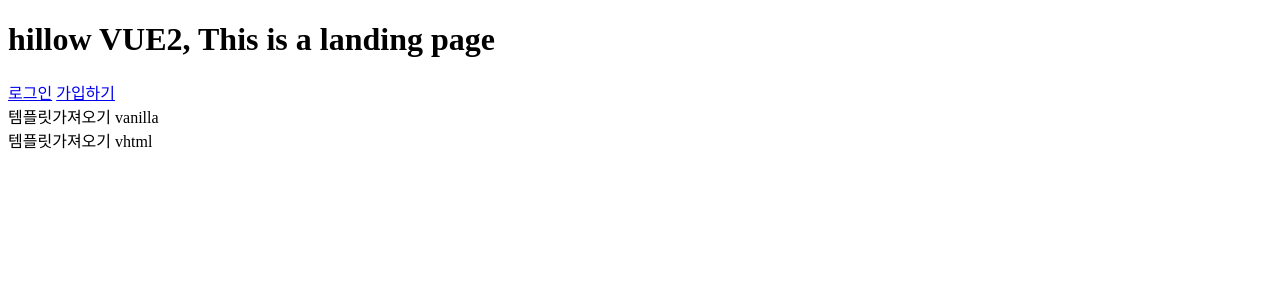
Repository: GEOkettle/SPRING_BLOG
Page: blog/src/main/resources/public/html/main/index.html
The author's editor kept a copy of each file at every save. The page is drawn from the files as they stood at one save, then again after the next save.
The browser window is 1280 px wide. The pictures show the whole page.

Above is the page before, as saved 2023-04-03 00:13:08.

### blog/src/main/resources/public/html/main/index.html
<!DOCTYPE html>
<html>

<head>
    <meta charset="utf-8" />
    <meta http-equiv="X-UA-Compatible" content="IE=edge">
    <title></title>
    <meta name="viewport" content="width=device-width, initial-scale=1.0 ,maximum-scale=1.0, minimum-scale=1.0,user-scalable=no">

    <!--서버환경이 느리거나할수있어서 임포트방식대신 뷰를 직접 다운받아쓴다.  -->
    <!-- unpkg.com cdn.jsdelivr.net 에서 다운로드  -->
    <!-- vue.min.js (압축 파일)-->
    <!-- <script src="https://cdn.jsdelivr.net/npm/vue@2.7.14"></script> -->
    <!--라이브러리 시작  -->
    <script type="text/javascript" src="/blog/assets/js/vendor/vue/vue.js"></script>
    <script type="text/javascript" src="/blog/assets/js/vendor/vue/vue.min.js"></script>
    <script type="text/javascript" src="/blog/assets/js/vendor/es6-promise.auto.min.js"></script>
    <script type="text/javascript" src="/blog/assets/js/vendor/es6-promise.min.js"></script>
    <script type="text/javascript" src="/blog/assets/js/vendor/vue/axios.js"></script>
    <script type="text/javascript" src="/blog/assets/js/vendor/vue/axios.min.js"></script>
    <script type="text/javascript" src="/blog/assets/js/axios.common.js"></script>
    <script type="text/javascript" src="/blog/assets/js/fetch.umd.js"></script>
    <script type="text/javascript" src="/blog.assets/js/vendor/jquery.min.js" crossorigin="anonymous"></script>
    <!--라이브러리 끝  -->
    <script type="text/javascript" src="/blog/assets/js/index.js"></script>


</head>

   <body>
  <div id="app">

 <h1>{{greeting}} </h1>
	<a href="./signIn.html">로그인</a>
	<a href="./signUp.html">가입하기</a>

<div onclick="getTemplate()">템플릿가져오기 vanilla</div>
<div @click="getTemplate()">템플릿가져오기 vhtml</div>
<div id="myApp"></div>

  <div v-html="templateHtml"></div>
  </div>
   </body>



<!--vue start  -->
   <script type="text/javascript">
	 var wrapVm= new Vue({
        el : '#app',
        data:{
        	greeting:"hillow VUE2, This is a landing page",
        	templateHtml: ''

        },
        methods: {
            getTemplate: function() {
        	var self = this
              var host = window.location.host;
              var domain = "http://" + host + "/blog";
              fetch(domain + "/html/template.html", {
                  method: "get",
                  headers: {
                    "Content-Type": "file/html",
                  }
                })
                .then(res => res.text())
                .then((res) => {
                  self.templateHtml = res;



                })
                .catch(err => console.log(err))
            }
          }
    });
<!--vue end-->

</script>

<script>
function getTemplate() {

	var host= window.location.host;
	var domain= "http://" +host+"/blog";
		fetch(domain+"/html/template.html",{
			method:"get",
			headers: {
			    "Content-Type": "file/html",
			  }
				})
			.then(res=>res.text())
			.then((res)=>{
				var myApp = document.getElementById('myApp')
				var newHtml = res
				//myApp.innerHTML= newHtml;


				$("#myApp").html(res)
			})
			.catch(err => console.log(err))


}
</script>

### blog/src/main/resources/public/assets/js/axios.common.js
axios.defaults.timeout = 600000;
axios.defaults.baseURL = window.location.origin;
axios.defaults.headers['Cache-Control'] = "no-cache,no-store,must-revalidate,max-age=-1,private";
/*axios.defaults.paramsSerializer = function(params) {
	if(typeof params == 'object' && _.size(params) > 0) {
		console.log('params : '+JSON.stringify(params));

		_.forEach(params, function(value, key) {
			params[key] = encodeURIComponent(value);
		});
	}

    return params;
};*/
axios.defaults.validateStatus = function (status) {
	/*
	 * 에러는 일단 모두 통과 시킨다. (화면에서 무한로딩할 수 없기때문에)
	 * 단 에러상태에 따른 로그를 남기는 처리를 하여야 함.
	 */
	/* 400 대 요청 */
	/*
	400(잘못된 요청): 서버가 요청의 구문을 인식하지 못했다.
	401(권한 없음): 이 요청은 인증이 필요하다. 서버는 로그인이 필요한 페이지에 대해 이 요청을 제공할 수 있다. 상태 코드 이름이 권한 없음(Unauthorized)으로 되어 있지만 실제 뜻은 인증 안됨(Unauthenticated)에 더 가깝다.[2]
	402(결제 필요): 이 요청은 결제가 필요합니다.
	403(Forbidden, 금지됨): 서버가 요청을 거부하고 있다. 예를 들자면, 사용자가 리소스에 대한 필요 권한을 갖고 있지 않다. (401은 인증 실패, 403은 인가 실패라고 볼 수 있음)
	404(Not Found, 찾을 수 없음): 서버가 요청한 페이지(Resource)를 찾을 수 없다. 예를 들어 서버에 존재하지 않는 페이지에 대한 요청이 있을 경우 서버는 이 코드를 제공한다.
	405(허용되지 않는 방법): 요청에 지정된 방법을 사용할 수 없다. 예를 들어 POST 방식으로 요청을 받는 서버에 GET 요청을 보내는 경우, 또는 읽기 전용 리소스에 PUT 요청을 보내는 경우에 이 코드를 제공한다.
	406(허용되지 않음): 요청한 페이지가 요청한 콘텐츠 특성으로 응답할 수 없다.
	407(프록시 인증 필요): 이 상태 코드는 401(권한 없음)과 비슷하지만 요청자가 프록시를 사용하여 인증해야 한다. 서버가 이 응답을 표시하면 요청자가 사용할 프록시를 가리키는 것이기도 한다.
	408(요청 시간초과): 서버의 요청 대기가 시간을 초과하였다.
	409(충돌): 서버가 요청을 수행하는 중에 충돌이 발생했다. 서버는 응답할 때 충돌에 대한 정보를 포함해야 한다. 서버는 PUT 요청과 충돌하는 PUT 요청에 대한 응답으로 이 코드를 요청 간 차이점 목록과 함께 표시해야 한다.
	410(사라짐): 서버는 요청한 리소스가 영구적으로 삭제되었을 때 이 응답을 표시한다. 404(찾을 수 없음) 코드와 비슷하며 이전에 있었지만 더 이상 존재하지 않는 리소스에 대해 404 대신 사용하기도 한다. 리소스가 영구적으로 이동된 경우 301을 사용하여 리소스의 새 위치를 지정해야 한다.
	411(길이 필요): 서버는 유효한 콘텐츠 길이 헤더 입력란 없이는 요청을 수락하지 않는다.
	412(사전조건 실패): 서버가 요청자가 요청 시 부과한 사전조건을 만족하지 않는다.
	413(요청 속성이 너무 큼): 요청이 너무 커서 서버가 처리할 수 없다.
	414(요청 URI가 너무 긺): 요청 URI(일반적으로 URL)가 너무 길어 서버가 처리할 수 없다.
	415(지원되지 않는 미디어 유형): 요청이 요청한 페이지에서 지원하지 않는 형식으로 되어 있다.
	416(처리할 수 없는 요청범위): 요청이 페이지에서 처리할 수 없는 범위에 해당되는 경우 서버는 이 상태 코드를 표시한다.
	417(예상 실패): 서버는 Expect 요청 헤더 입력란의 요구사항을 만족할 수 없다.
	418(I'm a teapot, RFC 2324)
	420(Enhance Your Calm, 트위터)
	422(처리할 수 없는 엔티티, WebDAV; RFC 4918)
	423(잠김,WebDAV; RFC 4918): 접근하려는 리소스가 잠겨 있다.
	424(실패된 의존성, WebDAV; RFC 4918)
	424(메쏘드 실패, WebDAV)
	425(정렬되지 않은 컬렉션, 인터넷 초안)
	426(업그레이드 필요, RFC 2817): 클라이언트는 업그레이드 헤더 필드에 주어진 프로토콜로 요청을 보내야 한다.
	428(전제조건 필요, RFC 6585)
	429(너무 많은 요청, RFC 6585): 사용자가 일정 시간 동안 너무 많은 요청을 보냈다.
	431(요청 헤더 필드가 너무 큼, RFC 6585)
	444(응답 없음, Nginx)
	449(다시 시도, 마이크로소프트)
	450(윈도 자녀 보호에 의해 차단됨, 마이크로소프트)
	451(법적인 이유로 이용 불가, 인터넷 초안)
	451(리다이렉션, 마이크로소프트)
	494(요청 헤더가 너무 큼, Nginx)
	495(Cert 오류, Nginx)
	496(Cert 없음, Nginx)
	497(HTTP to HTTPS, Nginx)
	499(클라이언트가 요청을 닫음, Nginx)
	*/

	/* 500대 요청 */
	/*
	500(내부 서버 오류): 서버에 오류가 발생하여 요청을 수행할 수 없다.
	501(구현되지 않음): 서버에 요청을 수행할 수 있는 기능이 없다. 예를 들어 서버가 요청 메소드를 인식하지 못할 때 이 코드를 표시한다.
	502(Bad Gateway, 불량 게이트웨이): 서버가 게이트웨이나 프록시 역할을 하고 있거나 또는 업스트림 서버에서 잘못된 응답을 받았다.
	503(서비스를 사용할 수 없음): 서버가 오버로드되었거나 유지관리를 위해 다운되었기 때문에 현재 서버를 사용할 수 없다. 이는 대개 일시적인 상태이다.
	504(게이트웨이 시간초과): 서버가 게이트웨이나 프록시 역할을 하고 있거나 또는 업스트림 서버에서 제때 요청을 받지 못했다.
	505(HTTP 버전이 지원되지 않음): 서버가 요청에 사용된 HTTP 프로토콜 버전을 지원하지 않는다.
	506(Variant Also Negotiates, RFC 2295)
	507(용량 부족, WebDAV; RFC 4918)
	508(루프 감지됨, WebDAV; RFC 5842)
	509(대역폭 제한 초과, Apache bw/limited extension)
	510(확장되지 않음, RFC 2774)
	511(네트워크 인증 필요, RFC 6585)
	520(Unknown Error, 알 수 없음)
	598(네트워크 읽기 시간초과 오류, 알 수 없음)
	599(네트워크 연결 시간초과 오류, 알 수 없음)
	*/
    return true;
};

/**********************************************************************************************************
{
	// `url` is the server URL that will be used for the request
	url: '/user',

	// `method` is the request method to be used when making the request
	method: 'get', // default

	// `baseURL` will be prepended to `url` unless `url` is absolute.
	// It can be convenient to set `baseURL` for an instance of axios to pass relative URLs
	// to methods of that instance.
	baseURL: 'https://some-domain.com/api/',

	// `transformRequest` allows changes to the request data before it is sent to the server
	// This is only applicable for request methods 'PUT', 'POST', and 'PATCH'
	// The last function in the array must return a string or an instance of Buffer, ArrayBuffer,
	// FormData or Stream
	// You may modify the headers object.
	transformRequest: [function (data, headers) {
	  // Do whatever you want to transform the data

	  return data;
	}],

	// `transformResponse` allows changes to the response data to be made before
	// it is passed to then/catch
	transformResponse: [function (data) {
	  // Do whatever you want to transform the data

	  return data;
	}],

	// `headers` are custom headers to be sent
	headers: {'X-Requested-With': 'XMLHttpRequest'},

	// `params` are the URL parameters to be sent with the request
	// Must be a plain object or a URLSearchParams object
	params: {
	  ID: 12345
	},

	// `paramsSerializer` is an optional function in charge of serializing `params`
	// (e.g. https://www.npmjs.com/package/qs, http://api.jquery.com/jquery.param/)
	paramsSerializer: function (params) {
	  return Qs.stringify(params, {arrayFormat: 'brackets'})
	},

	// `data` is the data to be sent as the request body
	// Only applicable for request methods 'PUT', 'POST', and 'PATCH'
	// When no `transformRequest` is set, must be of one of the following types:
	// - string, plain object, ArrayBuffer, ArrayBufferView, URLSearchParams
	// - Browser only: FormData, File, Blob
	// - Node only: Stream, Buffer
	data: {
	  firstName: 'Fred'
	},

	// `timeout` specifies the number of milliseconds before the request times out.
	// If the request takes longer than `timeout`, the request will be aborted.
	timeout: 1000, // default is `0` (no timeout)

	// `withCredentials` indicates whether or not cross-site Access-Control requests
	// should be made using credentials
	withCredentials: false, // default

	// `adapter` allows custom handling of requests which makes testing easier.
	// Return a promise and supply a valid response (see lib/adapters/README.md).
	adapter: function (config) {

	},

	// `auth` indicates that HTTP Basic auth should be used, and supplies credentials.
	// This will set an `Authorization` header, overwriting any existing
	// `Authorization` custom headers you have set using `headers`.
	auth: {
	  username: 'janedoe',
	  password: 's00pers3cret'
	},

	// `responseType` indicates the type of data that the server will respond with
	// options are 'arraybuffer', 'blob', 'document', 'json', 'text', 'stream'
	responseType: 'json', // default

	// `responseEncoding` indicates encoding to use for decoding responses
	// Note: Ignored for `responseType` of 'stream' or client-side requests
	responseEncoding: 'utf8', // default

	// `xsrfCookieName` is the name of the cookie to use as a value for xsrf token
	xsrfCookieName: 'XSRF-TOKEN', // default

	// `xsrfHeaderName` is the name of the http header that carries the xsrf token value
	xsrfHeaderName: 'X-XSRF-TOKEN', // default

	// `onUploadProgress` allows handling of progress events for uploads
	onUploadProgress: function (progressEvent) {
	  // Do whatever you want with the native progress event
	},

	// `onDownloadProgress` allows handling of progress events for downloads
	onDownloadProgress: function (progressEvent) {
	  // Do whatever you want with the native progress event
	},

	// `maxContentLength` defines the max size of the http response content in bytes allowed
	maxContentLength: 2000,

	// `validateStatus` defines whether to resolve or reject the promise for a given
	// HTTP response status code. If `validateStatus` returns `true` (or is set to `null`
	// or `undefined`), the promise will be resolved; otherwise, the promise will be
	// rejected.
	validateStatus: function (status) {
	  return status >= 200 && status < 300; // default
	},

	// `maxRedirects` defines the maximum number of redirects to follow in node.js.
	// If set to 0, no redirects will be followed.
	maxRedirects: 5, // default

	// `socketPath` defines a UNIX Socket to be used in node.js.
	// e.g. '/var/run/docker.sock' to send requests to the docker daemon.
	// Only either `socketPath` or `proxy` can be specified.
	// If both are specified, `socketPath` is used.
	socketPath: null, // default

	// `httpAgent` and `httpsAgent` define a custom agent to be used when performing http
	// and https requests, respectively, in node.js. This allows options to be added like
	// `keepAlive` that are not enabled by default.
	httpAgent: new http.Agent({ keepAlive: true }),
	httpsAgent: new https.Agent({ keepAlive: true }),

	// 'proxy' defines the hostname and port of the proxy server.
	// You can also define your proxy using the conventional `http_proxy` and
	// `https_proxy` environment variables. If you are using environment variables
	// for your proxy configuration, you can also define a `no_proxy` environment
	// variable as a comma-separated list of domains that should not be proxied.
	// Use `false` to disable proxies, ignoring environment variables.
	// `auth` indicates that HTTP Basic auth should be used to connect to the proxy, and
	// supplies credentials.
	// This will set an `Proxy-Authorization` header, overwriting any existing
	// `Proxy-Authorization` custom headers you have set using `headers`.
	proxy: {
	  host: '127.0.0.1',
	  port: 9000,
	  auth: {
	    username: 'mikeymike',
	    password: 'rapunz3l'
	  }
	},

	// `cancelToken` specifies a cancel token that can be used to cancel the request
	// (see Cancellation section below for details)
	cancelToken: new CancelToken(function (cancel) {
	})
}
*****************************************************************************************************************/

axios.interceptors.request.use(function (config) {
	try{
		var defaultInfo = '';

		if(typeof globalDefaultInfo == 'object'){
			if(self == top) defaultInfo = globalDefaultInfo;
			else defaultInfo = parent.globalDefaultInfo;

			if(config.url.indexOf('bou-univ') > -1){
				config.url = (config.url).replace('bou-univ',defaultInfo.CAMPUS_URL_ID);
			}
		}

		if(config.loading){
			document.body.classList.add('loading-indicator');
		}

		const token = window.localStorage.token;
	  	if (token) {
	     	config.headers.Authorization = 'token ' + token; //`token ${token}`
	  	}
	  	;
		return config;
	}catch(err){
		console.log('axios.interceptors.request Error : '+err.message);
		return false;
	}
}, function (error) {
	return Promise.reject(error);
});

axios.interceptors.response.use(function (response) {
	try{
		var status = response.data.status;

		if(response.config.loading){
			document.body.classList.remove('loading-indicator');
		}

		//에러처리
		if(typeof status == 'string') {
			var date = new Date(response.data.timestamp);
			var error = response.data.error;
			var message = response.data.message;
			var returnVal = '['+status+'] '+date+' : ('+error+') ';

			//특정 메시지 들은 캐치하여 내부정보가 보이지 않는 error로 치환하여 반환한다.
			if(message.indexOf('PRIMARY KEY') > -1){
				message = 'E0001';
			}
			else if(message.indexOf('.jdbc.') > -1){
				message = 'E0002';
			}
			else if(message.indexOf('SQLServerException') > -1){
				message = 'E0003';
			} else if (error.indexOf('Access Denied') > -1 || message.indexOf('Access Denied') > -1) {
				alert(message);
				if(self == top){
					window.location.href = '/';
				}else{
					parent.window.location.href = '/';
				}
			} else{
				message = 'E9999';
			}

			returnVal += message;
			notifySubmit('danger', null, '['+message+'] 오류가 발생하였습니다. 관리자에게 문의바랍니다.', null);
			return Promise.reject(returnVal);
		}

	  	return response;
	}catch(err){
		console.log('axios.interceptors.response Error : '+err.message);
		return false;
	}
}, function (error) {
	return Promise.reject(error);
});

### blog/src/main/resources/public/assets/js/index.js
var globalProtocol = window.location.protocol;
var globalHost = window.location.host;
var globalPathname = window.location.pathname;
var globalPushStateUrl = globalProtocol + "//" + globalHost + globalPathname;
var globalCurrentUrl = '';
var globalAppId = '';
var globalAppEndpoint = '';
var globalAppNm = '';
var globalAppIcon = '';
var globalAppColor = '';
//var globalPostNo = getParameterByName('postNo', window.location);

Loaded but not shown: blog/src/main/resources/public/assets/js/vendor/vue/vue.js (library); blog/src/main/resources/public/assets/js/vendor/vue/vue.min.js (library); blog/src/main/resources/public/assets/js/vendor/es6-promise.auto.min.js (library); blog/src/main/resources/public/assets/js/vendor/es6-promise.min.js (library); blog/src/main/resources/public/assets/js/vendor/vue/axios.js (library); blog/src/main/resources/public/assets/js/vendor/vue/axios.min.js (library); blog/src/main/resources/public/assets/js/vendor/jquery.min.js (library); blog/src/main/resources/public/assets/js/fetch.umd.js (620 lines, source omitted)

After the next save:
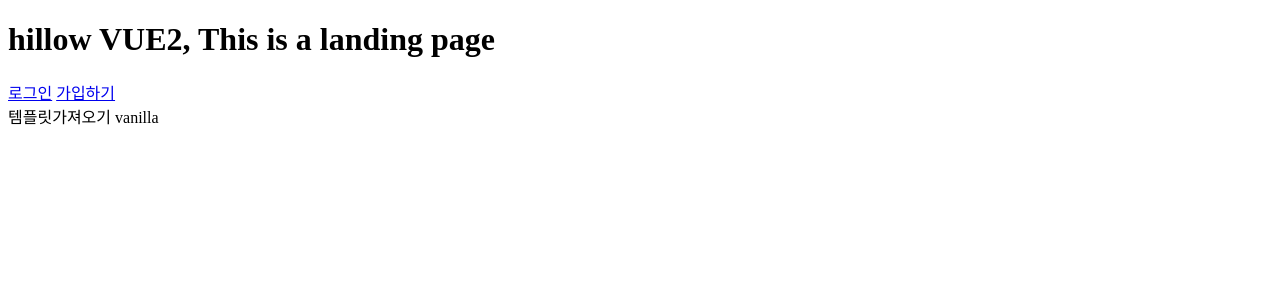
Saved 46 s later.
--- a/blog/src/main/resources/public/html/main/index.html
+++ b/blog/src/main/resources/public/html/main/index.html
@@ -35,10 +35,9 @@
 	<a href="./signUp.html">가입하기</a>
 
 <div onclick="getTemplate()">템플릿가져오기 vanilla</div>
-<div @click="getTemplate()">템플릿가져오기 vhtml</div>
+
 <div id="myApp"></div>
 
-  <div v-html="templateHtml"></div>
   </div>
    </body>
 
@@ -50,29 +49,12 @@
         el : '#app',
         data:{
         	greeting:"hillow VUE2, This is a landing page",
-        	templateHtml: ''
+
 
         },
         methods: {
-            getTemplate: function() {
-        	var self = this
-              var host = window.location.host;
-              var domain = "http://" + host + "/blog";
-              fetch(domain + "/html/template.html", {
-                  method: "get",
-                  headers: {
-                    "Content-Type": "file/html",
-                  }
-                })
-                .then(res => res.text())
-                .then((res) => {
-                  self.templateHtml = res;
 
 
-
-                })
-                .catch(err => console.log(err))
-            }
           }
     });
 <!--vue end-->
